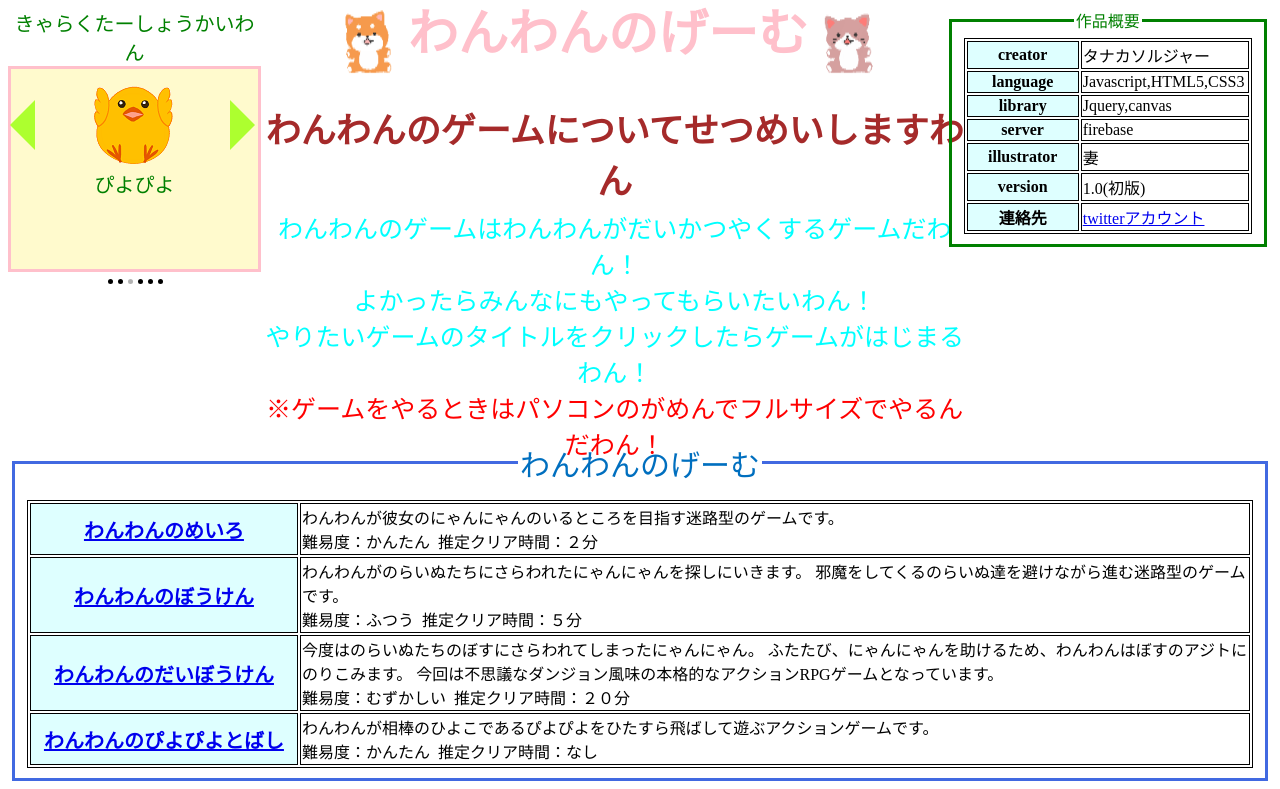
Repository: tatsuya-tanaka27/wanwannogame
Page: index.html
An editor plug-in stored every save of this project. The page is shown before and after the next save, followed by the edit.
The browser window is 1280 px wide. The pictures show the whole page.
Some web fonts or font styles are not loaded; a fallback is used.

Above is the page before, as saved 2021-03-09 20:43:43.

### index.html
<!DOCTYPE html>
<html>
	<head>
		<meta charset="UTF-8" />
		<meta
			name="”description”"
			content="”とあるおっさんプログラマーが自分のポートフォリオとして、JavascriptとHTMLだけでゲームを作ってみました。ゲームに登場するキャラクター達は妻に描いてもらいました。よかったら、javascriptでゲームを作る参考にしていただけたらなと思います。”"
		/>
		<meta
			name="keywords"
			content="Javascript,HTML,ゲーム,ポートフォリオ,RPG,わんわん"
		/>
		<link rel="stylesheet" href="css/style.css" />
		<link
			href="https://fonts.googleapis.com/earlyaccess/nikukyu.css"
			rel="stylesheet"
		/>
		<link
			href="https://fonts.googleapis.com/earlyaccess/nicomoji.css"
			rel="stylesheet"
		/>
		<link rel="shortcut icon" href="img/favicon.ico" type="image/vnd.microsoft.icon">
		<script src="js/jquery-3.5.1.min.js"></script>
		<title>わんわんのげーむ</title>
	</head>
	<body>
		<!-- 画像読み込み遅延防止のため、あらかじめ画像を読み込んでおく -->
		<div id="hidden_img_area" style="display: none">
			<img class="hidden_img" src="img/inu120.png" alt="わんわん"/>
			<img class="hidden_img" src="img/neko120.png" alt="にゃんにゃん"/>
			<img class="hidden_img" src="img/hiyoko_kirakira80.png" alt="ぴよぴよ"/>
			<img class="hidden_img" src="img/bossinu150.png" alt="ぼす"/>
			<img class="hidden_img" src="img/softcream100.png" alt="そふとくん"/>
			<img class="hidden_img" src="img/unchi100.png" alt="うんちくん"/>
		</div>
		<!-- トップ画面 -->
		<div id="wrapper">
			<main>
				<section id="game-area">
					<div id="top-area">
						<div id="slide-area">
							<div id='left' onclick='moveLeft()'></div>
							<div id="slide-message">
								<span class="wf-nicomoji" style="color: green; font-size: 20px;">
									きゃらくたーしょうかいわん
								</span>
							</div>
							<div id="slide-show-area">
								<figure>
									<img src="" id="slide-img">
									<figcaption id="slide-img-message" class="wf-nicomoji">
									</figcaption>
								</figure>
							</div>
							<div id='right' onclick='moveRight()'></div>
							<div  id="slide-controll-area">
								<ul id="slide-controll">
								</ul>
							</div>
						</div>
						<div id="center-area">
							<div id="title-area">
								<img src="img/inu80.png" />
								<h1 class="wf-nikukyu">わんわんのげーむ</h1>
								<img src="img/neko80.png" />
							</div>
							<div id="description-area">
								<h2 class="wf-nicomoji">
									わんわんのゲームについてせつめいしますわん
								</h2>
								<p class="wf-nicomoji" id="description">
									わんわんのゲームはわんわんがだいかつやくするゲームだわん！<br />
									よかったらみんなにもやってもらいたいわん！<br />
									やりたいゲームのタイトルをクリックしたらゲームがはじまるわん！
								</p>
								<span class="wf-nicomoji" id="red-description">
									※ゲームをやるときはパソコンのがめんでフルサイズでやるんだわん！
								</span>
							</div>
						</div>
						<div id="summary-area">
							<fieldset id="summary-table-border">
							<legend id="summary-table-label">
								作品概要
							</legend>
							<table id="summary-table">
								<tr>
									<th>
										creator
									</th>
									<td>
										タナカソルジャー
									</td>
								</tr>
								<tr>
									<th>
										language
									</th>
									<td>
										Javascript,HTML5,CSS3
									</td>
								</tr>
								<tr>
									<th>
										library
									</th>
									<td>
										Jquery,canvas
									</td>
								</tr>
								<tr>
									<th>
										server
									</th>
									<td>
										firebase
									</td>
								</tr>
								<tr>
									<th>
										illustrator
									</th>
									<td>
										妻
									</td>
								</tr>
								<tr>
									<th>
										version
									</th>
									<td>
										1.0(初版)
									</td>
								</tr>
								<tr>
									<th>
										連絡先
									</th>
									<td>
										<a href="https://twitter.com/nanakorobiyao17">twitterアカウント</a>
									</td>
								</tr>
							</table>
						</div>
					</div>
					<div id="table-area">
						<fieldset id="table-border">
							<legend id="table-label" class="wf-nikukyu">
								わんわんのげーむ
							</legend>
							<table id="game-table">
								<tr>
									<th>
										<a
											class="wf-nikukyu game-title"
											href="wanwannomeiro/wanwannomeiro.html"
											>わんわんのめいろ</a
										>
									</th>
									<td>
										わんわんが彼女のにゃんにゃんのいるところを目指す迷路型のゲームです。<br />
										難易度：かんたん&nbsp;&nbsp;推定クリア時間：２分
									</td>
								</tr>
								<tr>
									<th>
										<a
											class="wf-nikukyu game-title"
											href="wanwannobouken/wanwannobouken.html"
											>わんわんのぼうけん</a
										>
									</th>
									<td>
										わんわんがのらいぬたちにさらわれたにゃんにゃんを探しにいきます。
										邪魔をしてくるのらいぬ達を避けながら進む迷路型のゲームです。<br />
										難易度：ふつう&nbsp;&nbsp;推定クリア時間：５分
									</td>
								</tr>
								<tr>
									<th>
										<a
											class="wf-nikukyu game-title"
											href="wanwannodaibouken/wanwannodaibouken.html"
										>
											わんわんのだいぼうけん
										</a>
									</th>
									<td>
										今度はのらいぬたちのぼすにさらわれてしまったにゃんにゃん。
										ふたたび、にゃんにゃんを助けるため、わんわんはぼすのアジトにのりこみます。
										今回は不思議なダンジョン風味の本格的なアクションRPGゲームとなっています。<br />
										難易度：むずかしい&nbsp;&nbsp;推定クリア時間：２０分
									</td>
								</tr>
								<tr>
									<th>
										<a
											class="wf-nikukyu game-title"
											href="wanwannopiyopiyotobashi/wanwannopiyopiyotobashi.html"
											>わんわんのぴよぴよとばし</a
										>
									</th>
									<td>
										わんわんが相棒のひよこであるぴよぴよをひたすら飛ばして遊ぶアクションゲームです。<br />
										難易度：かんたん&nbsp;&nbsp;推定クリア時間：なし
									</td>
								</tr>
							</table>
						</fieldset>
					</div>
				</section>
				<script type="text/javascript" src="js/script.js"></script>
			</main>
		</div>
	</body>
</html>

### css/style.css
@charset "UTF-8";

/* 外部スタイル start */
.wf-nikukyu {
	font-family: "Nikukyu";
}
.wf-nicomoji {
	font-family: "Nico Moji";
}

/* 外部スタイル end */

#wrapper {
	margin: auto;
	width: 100%;
}

main {
	display: flex;
	margin: auto;
	width: 100%;
}

#game-area {
	width: 100%;
	margin: auto;
	text-align: center;
}

#top-area {
	display: flex;
}

#slide-area {
	width: 20%;
}

#slide-show-area {
	border: 3px solid pink;
	height: 200px;
	background-color: lemonchiffon;
}

#slide-img-message {
	font-size: 20px;
	color: green;
}

#center-area {
	width: 56%;
}

#title-area {
	display: flex;
	margin: auto;
	width: 81%;
}

#summary-area {
	width: 24%;
}

#summary-table-border {
	width: 95%;
	margin: 0px 0px 0px -20px;
	border: 3px solid green;
}

#summary-table-label {
	color: green;
}

#summary-table {
	margin: auto;
	border: solid 1px black;
	width: 100%;
}

#summary-table th {
	width: 40%;
	border: solid 1px black;
	background-color: #deffff;
}

#summary-table td {
	border: solid 1px black;
	text-align: left;
	vertical-align: middle;
}

#title-area img {
	margin-top: -20px;
}

h1 {
	color: pink;
	font-size: 50px;
	margin-top: -15px;
	text-align: center;
}

h2 {
	color: brown;
	font-size: 35px;
	margin: -5px 0px 5px 0px;
}

#description {
	color: aqua;
	font-size: 25px;
	margin: 0px;
	width: 100%;
}

#red-description {
	color: red;
	font-size: 25px;
	margin: 0px;
}

#table-border {
	width: 97%;
	margin: -20px auto 0px auto;
	border: 3px solid royalblue;
}

#table-label {
	font-size: 30px;
	color: rgb(0, 111, 191);
	margin-bottom: 10px;
}

#game-table {
	margin: auto;
	border: solid 1px black;
	width: 100%;
}

#game-table th {
	width: 22%;
	border: solid 1px black;
	background-color: #deffff;
}

.game-title {
	font-size: 20px;
}

#game-table td {
	border: solid 1px black;
	text-align: left;
	vertical-align: middle;
}

/* スライドショーの矢印用のスタイル start */

/* コンテントなくてもボーダー太ければ表示される*/
#left {
	position: absolute;
	top: 100px;
	left: 0px;
	border-top: 25px solid transparent;
	border-right: 25px solid greenyellow;
	border-bottom: 25px solid transparent;
	border-left: 25px solid transparent;
	margin-left: -15px;
}

#left:hover {
	opacity: 0.5;
	cursor: pointer;
}

/* コンテントなくてもボーダー太ければ表示される*/
#right {
	position: absolute;
	top: 100px;
	left: 230px;
	border-top: 25px solid transparent;
	border-right: 25px solid transparent;
	border-bottom: 25px solid transparent;
	border-left: 25px solid greenyellow;
}

#right:hover {
	cursor: pointer;
}

#slide-controll-area {
	width: 100%;
}

#slide-controll {
	margin-top: 0px;
	display: flex;
	justify-content: center;
}

#slide-controll > li {
	cursor: pointer;
	display: list-item;
	width: 10px;
	height: 10px;
}

#slide-controll li:hover {
	opacity: 0.3;
}

/* スライドショーの矢印用のスタイル end */

### js/script.js
//グローバル変数
let slideArray = document.getElementsByClassName("hidden_img");//スライドショーで使用する画像の配列
let slideStartFlg = true;//スライドショー開始フラグ
let slideImg = document.getElementById("slide-img");//スライドショーの画像
let slideImgMessage = document.getElementById("slide-img-message");//スライドショーの画像のメッセージ
let slideNum = 0;//スライドショー配列の添え字
let timerId = "";//タイマーID
let slideControll = document.getElementById("slide-controll");//スライドショーの黒点リスト
let kurotenNum = 0;//スライドショーの黒点の番号
let kurotenHTML = "";//スライドショーの黒点のHTML

//スライドショー下の黒点を画像のリスト分作成する
Array.prototype.forEach.call(slideArray, function (slideValue) {
    kurotenHTML += "<li id='kuroten" + kurotenNum + "' onclick='slideMove(" + kurotenNum + ")'></li>";
    kurotenNum++;
    if (kurotenNum == slideArray.length) {
        slideControll.innerHTML = kurotenHTML;
    }
})


//開始処理がオンであればスライド処理開始
function slide() {
    slideCommon();
    slideNum++;
    if (slideNum == slideArray.length) {
        slideNum = 0;
    }
    timerId = setTimeout(function (){slide()}, 2000);

}

//指定された秒おきにスライド処理を実行
timerId = setTimeout(function () { slide() }, 1);

//スライド移動左
function moveLeft() {
    slideCommon();
    slideNum--;
    if (slideNum < 0) {
        slideNum = slideArray.length - 1;
    }
    timerId = setTimeout(function (){slide()}, 2000);
}

//スライド移動右
function moveRight() {
    slideCommon();
    slideNum++;
    if (slideNum == slideArray.length) {
        slideNum = 0;
    }
    timerId = setTimeout(function (){slide()}, 2000);
}

//スライド移動
function slideMove(num) {
    clearTimeout(timerId);
    slideNum = num;
    let val = slideArray[slideNum];
    let slidePath = val.getAttribute('src');
    slideImg.setAttribute("src", slidePath);
    slideImgMessage.innerHTML = val.alt;
    for (let slideLoopNum = 0; slideLoopNum < slideArray.length; slideLoopNum++){
        if (slideLoopNum == slideNum) {
            document.getElementById("kuroten" + slideLoopNum).style.opacity = 0.3;
        } else {
            document.getElementById("kuroten" + slideLoopNum).style.opacity = 1.0;
        }
    }
    timerId = setTimeout(function (){slide()}, 2000);
}

//スライド処理の共通処理
function slideCommon() {
    clearTimeout(timerId);
    let val = slideArray[slideNum];
    let slidePath = val.getAttribute('src');
    slideImg.setAttribute("src", slidePath);
    slideImgMessage.innerHTML = val.alt;
    for (let slideLoopNum = 0; slideLoopNum < slideArray.length; slideLoopNum++){
        if (slideLoopNum == slideNum) {
            document.getElementById("kuroten" + slideLoopNum).style.opacity = 0.3;
        } else {
            document.getElementById("kuroten" + slideLoopNum).style.opacity = 1.0;
        }
    }
}

Loaded but not shown: js/jquery-3.5.1.min.js (library)

After the next save:
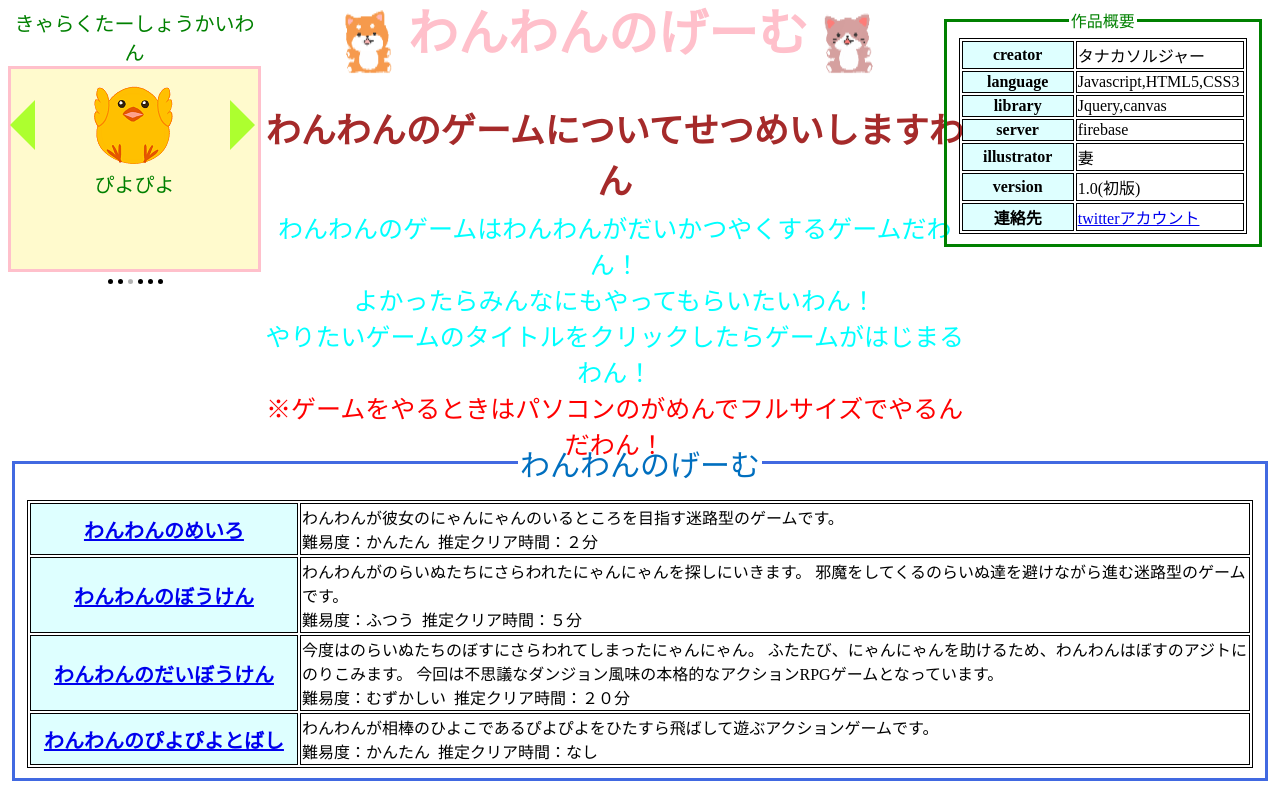
Saved 86 s later.
--- a/css/style.css
+++ b/css/style.css
@@ -62,7 +62,7 @@
 
 #summary-table-border {
 	width: 95%;
-	margin: 0px 0px 0px -20px;
+	margin: 0px 0px 0px -25px;
 	border: 3px solid green;
 }
 

After the 2 saves that followed:
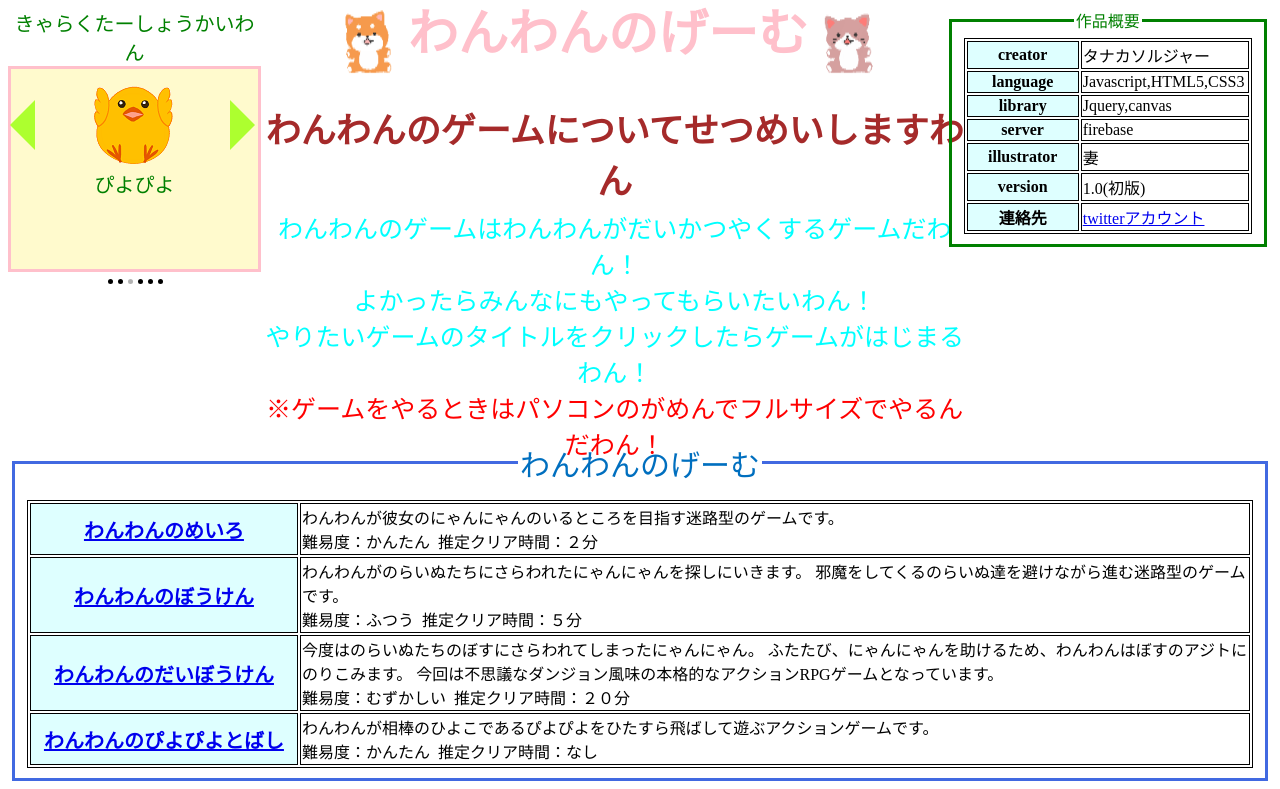
The 2 saves are shown as one change because they came seconds apart.
The last was saved 37 s later.
--- a/css/style.css
+++ b/css/style.css
@@ -62,7 +62,7 @@
 
 #summary-table-border {
 	width: 95%;
-	margin: 0px 0px 0px -25px;
+	margin: 0px 0px 0px -20px;
 	border: 3px solid green;
 }
 
